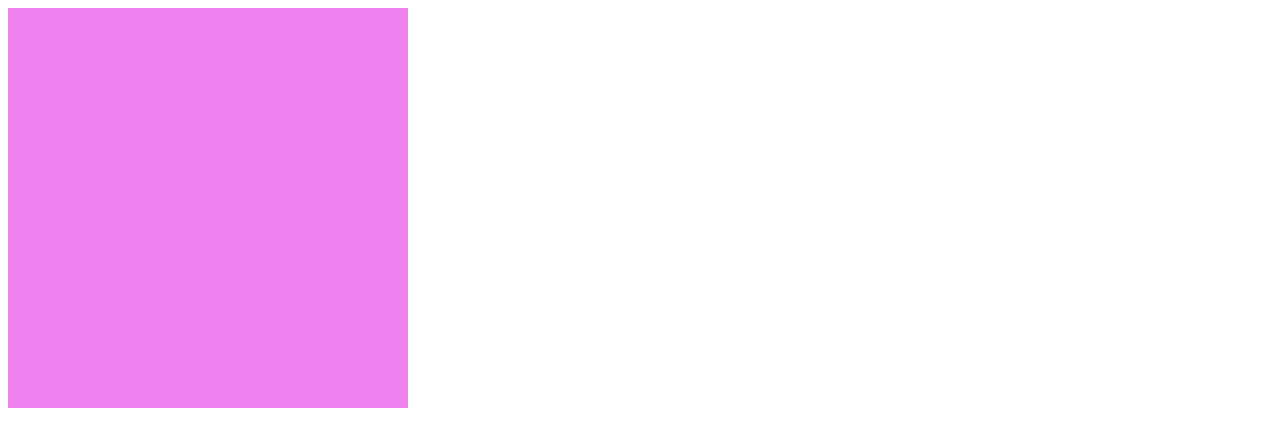
Repository: AytacSafarova/Task-12
Page: index.html
These files come from the project's save history. The page is drawn as it stood at one moment and after the next save; the edit follows.
The browser window is 1280 px wide. The pictures show the whole page.

Above is the page before, as saved 2023-07-25 14:31:23.

After the next save:
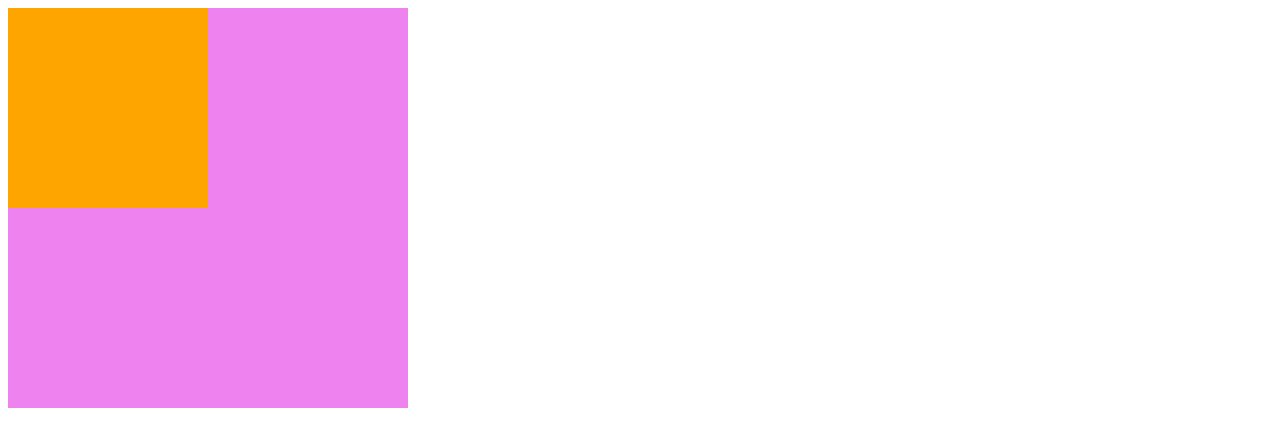
Saved 5 s later.
--- a/index.css
+++ b/index.css
@@ -6,5 +6,5 @@
 .child{
     width: 200px;
     height: 200px;
-    background-color: violet;
+    background-color: orange;
 }
